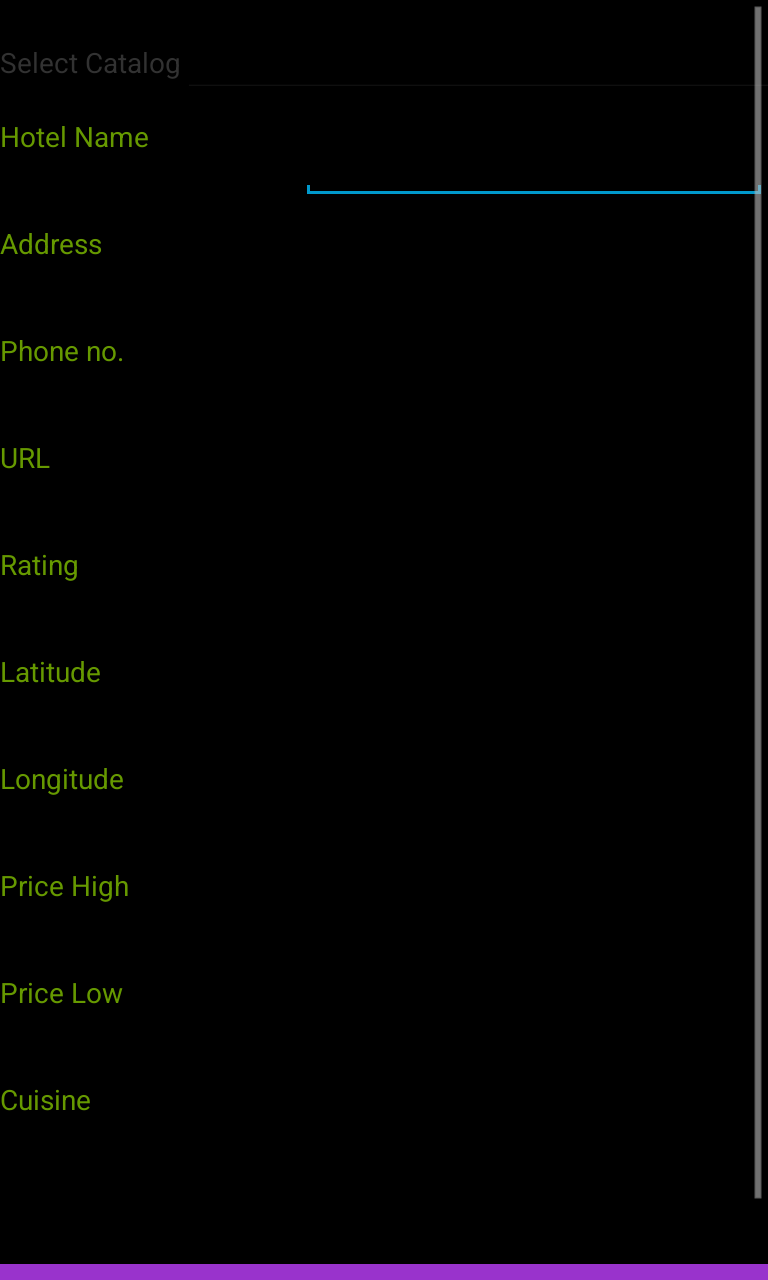
Repository: AungWinnHtut/projAndroid
Layout: com.engineer4myanmar.json.MainActivity/res/layout/activity_admin.xml
An editor plug-in stored every save of this project. The layout is shown before and after the next save, followed by the edit.
It is drawn on a 768 x 1280 px phone screen (xhdpi) without system bars, with theme AppTheme; the app's code is not run.

Above is the layout before, as saved 2015-08-26 20:34:52.

After the next save:
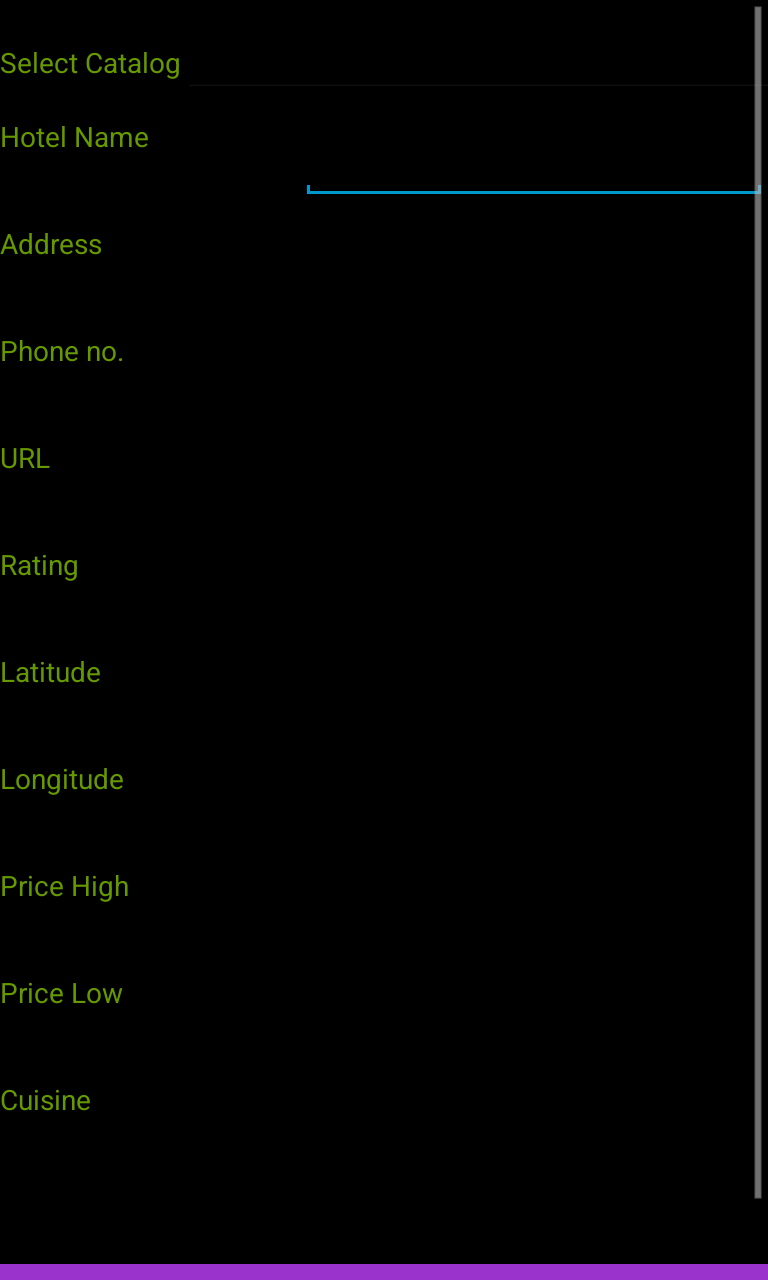
Saved 55 s later.
--- a/com.engineer4myanmar.json.MainActivity/res/layout/activity_admin.xml
+++ b/com.engineer4myanmar.json.MainActivity/res/layout/activity_admin.xml
@@ -26,6 +26,7 @@
             android:layout_gravity="center"
             android:layout_weight="1"
             android:gravity="center"
+            android:textColor="#669900"
             android:text="Select Catalog" />
 
          <Spinner
